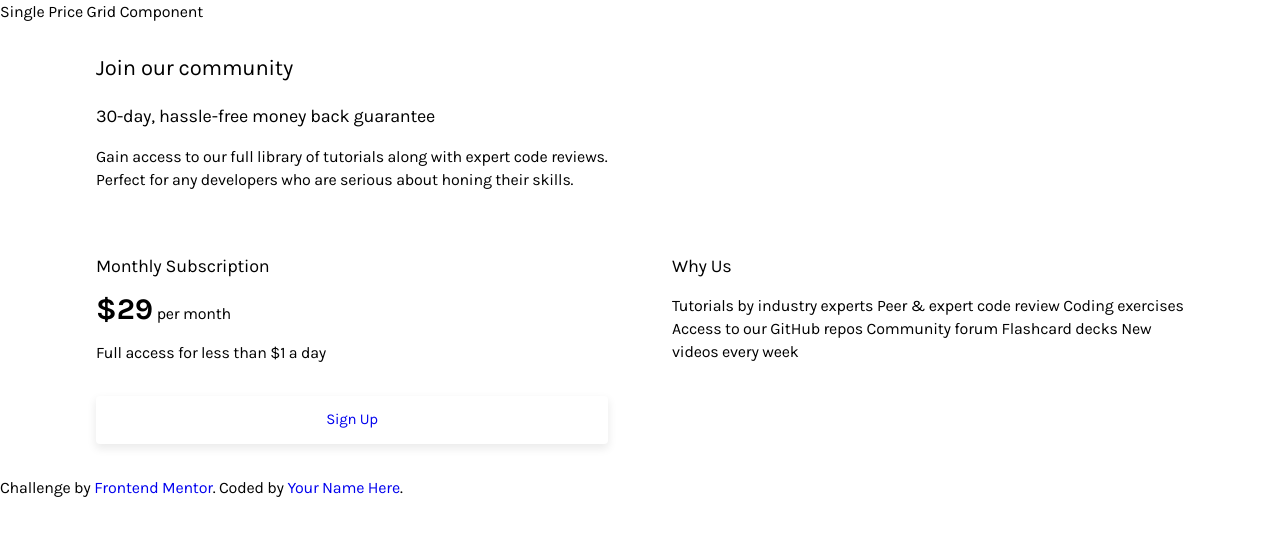
Repository: bangjuyoung/bangjuyoung
Page: practice/frontend-mentor/single-price-grid-component/index.html
These files come from the project's save history. The page is drawn as it stood at one moment and after the next save; the edit follows.
The browser window is 1280 px wide. The pictures show the whole page.

Above is the page before, as saved 2019-06-16 14:09:15.

After the next save:
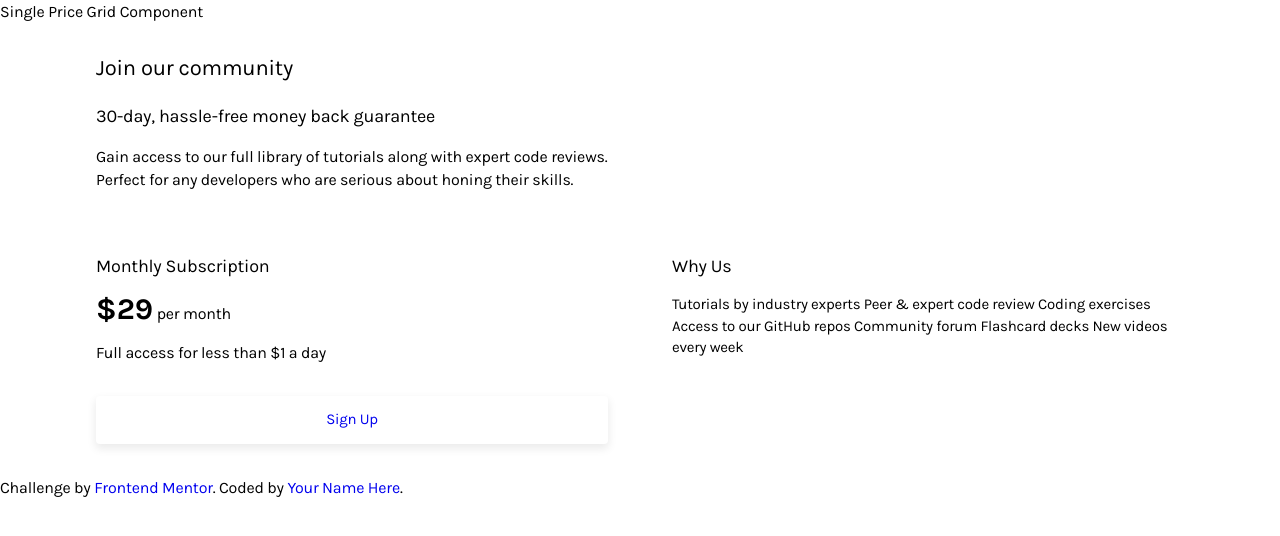
Saved 19 s later.
--- a/practice/frontend-mentor/single-price-grid-component/index.html
+++ b/practice/frontend-mentor/single-price-grid-component/index.html
@@ -39,7 +39,7 @@
           </div>
         </section>
 
-        <section class="single-price">
+        <section class="single-price single-price__body2">
           <div class="single-price__body">
             <h4 class="single-price__subtitle">Why Us</h4>
             <p>

After the save that followed:
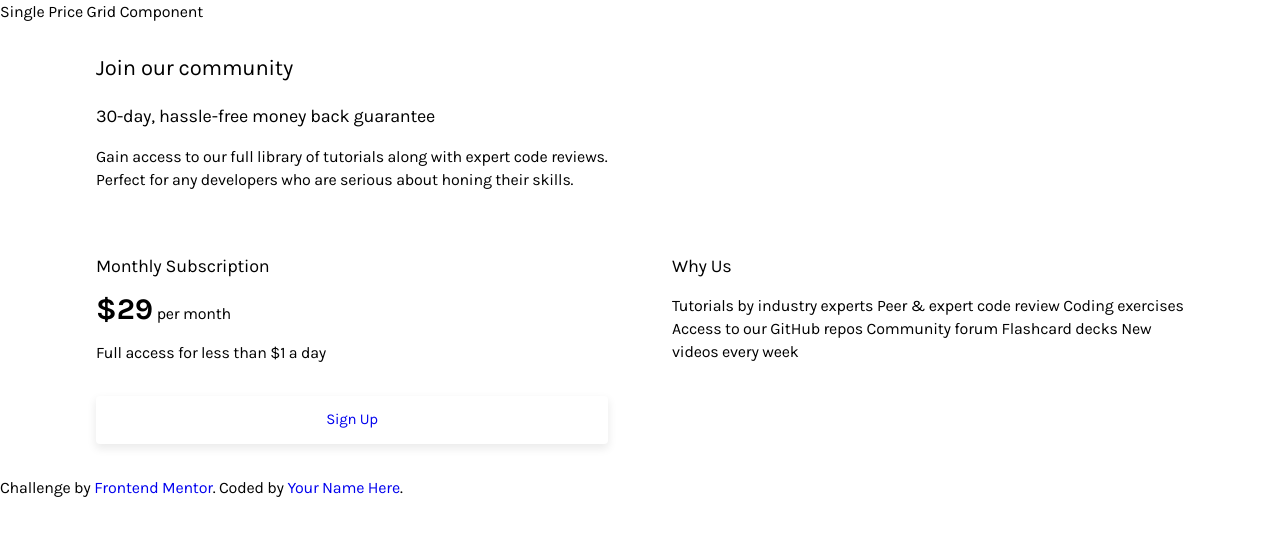
Saved 6 s later.
--- a/practice/frontend-mentor/single-price-grid-component/index.html
+++ b/practice/frontend-mentor/single-price-grid-component/index.html
@@ -39,7 +39,7 @@
           </div>
         </section>
 
-        <section class="single-price single-price__body2">
+        <section class="single-price">
           <div class="single-price__body">
             <h4 class="single-price__subtitle">Why Us</h4>
             <p>
